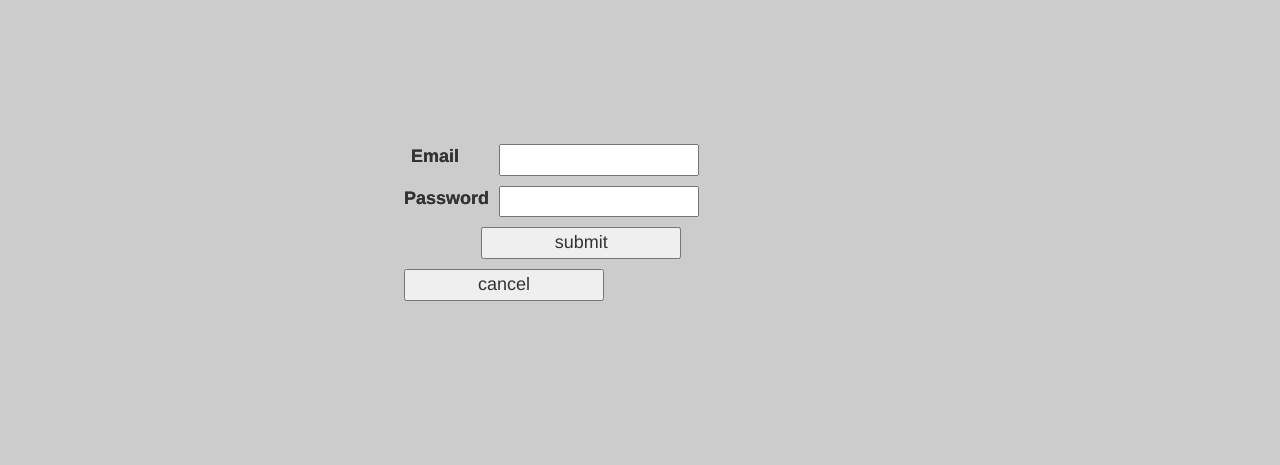
Repository: marijabroceta/ProjekatIB
Page: IB_Project_Shell/src/main/resources/static/index.html
The author's editor kept a copy of each file at every save. The page is drawn from the files as they stood at one save, then again after the next save.
The browser window is 1280 px wide. The pictures show the whole page.

Above is the page before, as saved 2018-07-01 00:11:01.

After the next save:
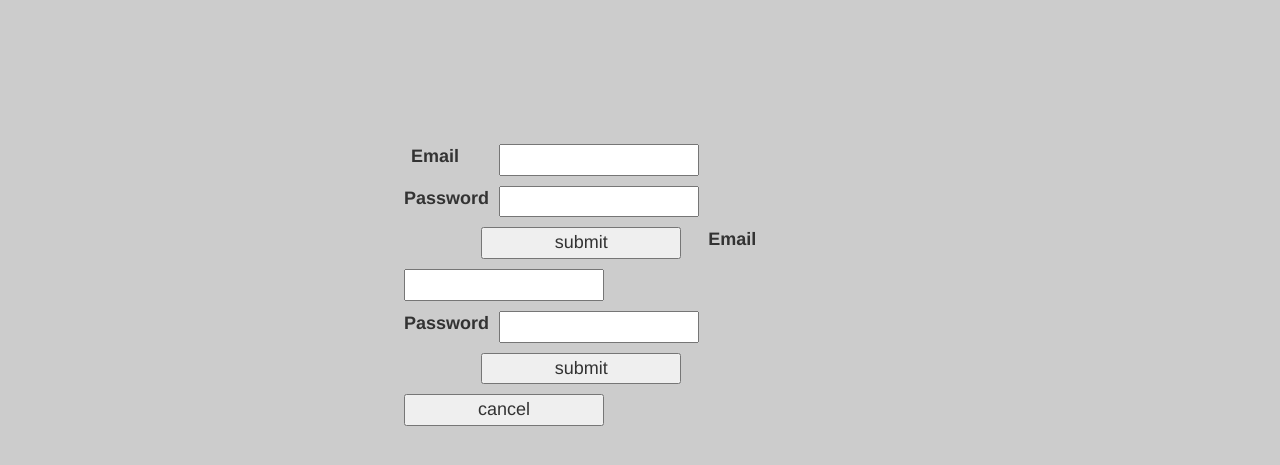
Saved 31 s later.
--- a/IB_Project_Shell/src/main/resources/static/css/login.css
+++ b/IB_Project_Shell/src/main/resources/static/css/login.css
@@ -1,4 +1,4 @@
-#login_form,#add_form{
+#forms{
 	position: absolute;
     top: 20%;
     left: 30%;
